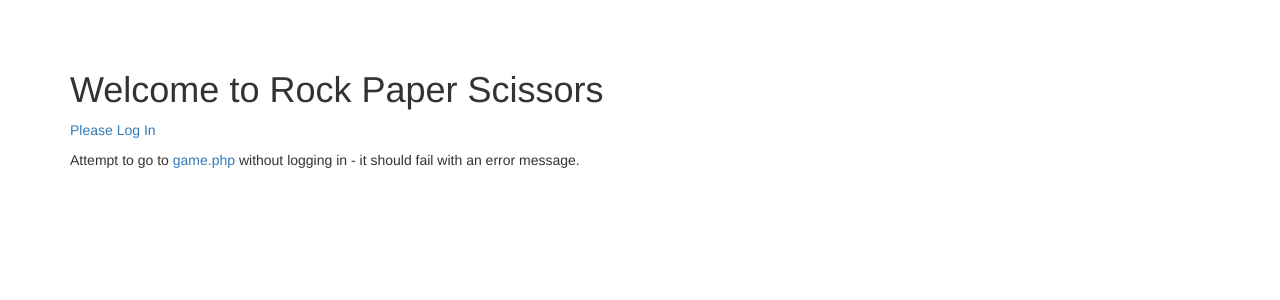
Repository: son-of-mountain/wa4e
Page: http://localhost/
An editor plug-in stored every save of this project. The page is shown before and after the next save, followed by the edit.
The browser window is 1280 px wide. The pictures show the whole page.
The page is run by PHP 8.4 with error messages shown; the project is at /var/www/html/.

Above is the page before, as saved 2024-07-21 15:04:03.

### index.php
<!DOCTYPE html>
<html lang="en">
<head>
    <meta charset="UTF-8">
    <meta name="viewport" content="width=device-width, initial-scale=1.0">
    <title>Mouaad ELHANSALI Rock Paper Scissors Game</title>
    <?php require_once "bootstrap.php"; ?>
</head>
<body>
    <div class="container">
        <h1>Welcome to Rock Paper Scissors</h1>
        <p><a href="login.php">Please Log In</a></p>
        <p>Attempt to go to <a href="game.php">game.php</a> without logging in - it should fail with an error message.</p>

    </div>


</body>
</html>

### starter-template.css
body {
    padding-top: 50px;
  }
.starter-template {
    padding: 40px 15px;
    text-align: center;
  }

Loaded but not shown: bootstrap.php (common file)

After the next save:
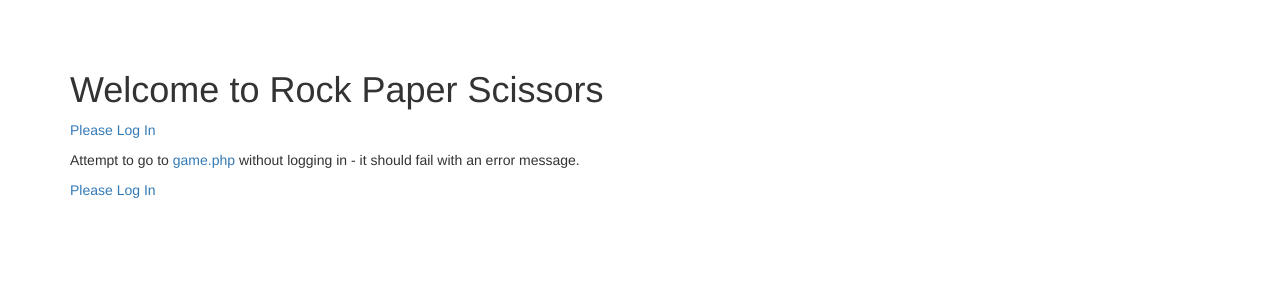
Saved 8 min 53 s later.
--- a/index.php
+++ b/index.php
@@ -11,6 +11,7 @@
         <h1>Welcome to Rock Paper Scissors</h1>
         <p><a href="login.php">Please Log In</a></p>
         <p>Attempt to go to <a href="game.php">game.php</a> without logging in - it should fail with an error message.</p>
+        <p><a href="login.php">Please Log In</a></p>
 
     </div>
 
